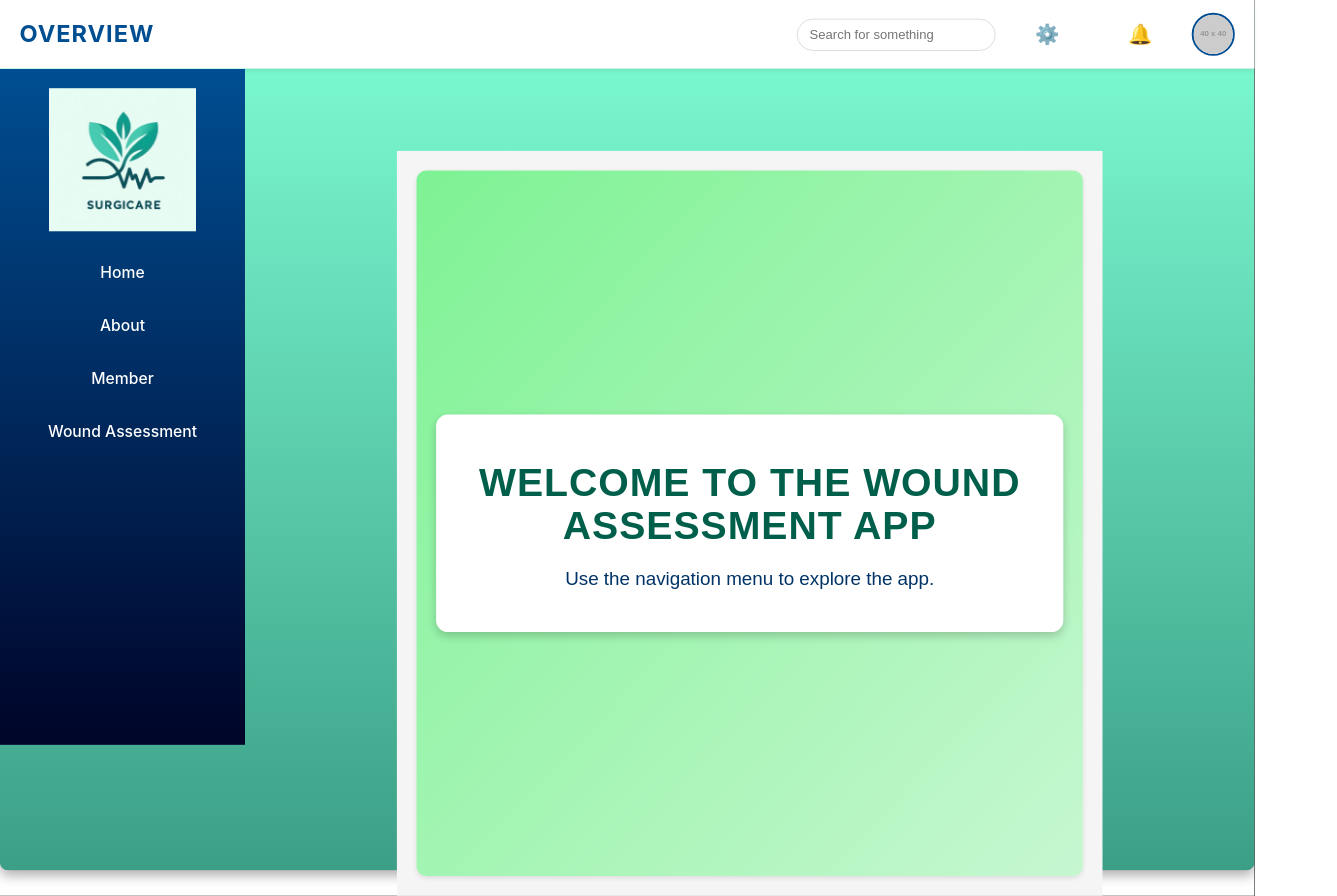
Repository: Jinwoo290350/Surgicare-Vue
Page: / (app in surgicare/)
The author's editor kept a copy of each file at every save. The page is drawn from the files as they stood at one save, then again after the next save.
The browser window is 1280 px wide. The page is 1280 px wide, then 1364 px, so the pictures cover 1364 px, including what lies to the right of the window. The pictures show the whole page, at 98% of full size.
The project was rebuilt for these pictures with package versions that can differ from the ones it lists, and the page was loaded fresh each time. Also part of the build but not shown: surgicare/vite.config.js, surgicare/src/views/About.vue, surgicare/src/views/Member.vue, surgicare/src/components/WoundAssessment.vue.

Above is the page before, as saved 2024-12-30 15:32:59.
Console error: TypeError: Cannot read properties of null (reading 'getContext')

### surgicare/index.html
<!doctype html>
<html lang="en">
  <head>
    <meta charset="UTF-8" />
    <link rel="icon" type="image/svg+xml" href="/vite.svg" />
    <meta name="viewport" content="width=device-width, initial-scale=1.0" />
    <title>Vite + Vue</title>
  </head>
  <body>
    <div id="app"></div>
    <script type="module" src="/src/main.js"></script>
  </script>
  <link href="https://fonts.googleapis.com/css2?family=Roboto:wght@400;500;700&display=swap" rel="stylesheet">

  <script type="text/javascript" src="./src/star.js"></script>
  </body>
</html>

### surgicare/src/main.js
import { createApp } from 'vue'
import './style.css'
import App from './App.vue'
import router from "./router";

createApp(App).use(router).mount("#app");

### surgicare/src/style.css
:root {
  font-family: Inter, system-ui, Avenir, Helvetica, Arial, sans-serif;
  line-height: 1.5;
  font-weight: 400;
  color-scheme: light dark;
  color: rgba(255, 255, 255, 0.87);
  background-color: #242424;
  font-synthesis: none;
  text-rendering: optimizeLegibility;
  -webkit-font-smoothing: antialiased;
  -moz-osx-font-smoothing: grayscale;
}

a {
  font-weight: 500;
  text-decoration: none;
  transition: color 0.3s ease-in-out;
}
a:hover {
  color: #535bf2; /* Blue hover effect */
}

body {
  margin: 0;
  display: flex;
  flex-direction: column;
  align-items: center;
  justify-content: center;
  min-width: 320px;
  min-height: 100vh;
  padding: 20px;
  background-color: #1f2d29;
  background-image: linear-gradient(to top, #3b9f87, #7fffd4);
  background-repeat: no-repeat;
  border-radius: 8px;
  box-shadow: 0 6px 12px rgba(0, 0, 0, 0.3);
}

h1 {
  font-size: 3em;
  line-height: 1.1;
  color: #fff;
  text-transform: uppercase;
  letter-spacing: 1px;
  margin-bottom: 0.5em;
  transition: transform 0.3s ease-in-out;
}
h1:hover {
  transform: scale(1.05); /* Slight hover effect */
}

button {
  border-radius: 8px;
  border: 1px solid transparent;
  padding: 0.8em 1.5em;
  font-size: 1em;
  font-weight: 500;
  background-color: #333;
  color: #fff;
  cursor: pointer;
  transition: all 0.3s ease;
}
button:hover {
  border-color: #646cff;
  background-color: #444;
  transform: translateY(-2px); /* Lift on hover */
}
button:focus,
button:focus-visible {
  outline: 4px auto -webkit-focus-ring-color;
}

.card {
  padding: 2em;
  background-color: #2a2a2a;
  border-radius: 12px;
  box-shadow: 0 4px 10px rgba(0, 0, 0, 0.4);
  transition: transform 0.3s ease;
}
.card:hover {
  transform: translateY(-5px); /* Lift on hover */
}

#app {
  max-width: 1280px;
  margin: 0 auto;
  padding: 2rem;
  text-align: center;
}

/* Media Queries for Responsiveness */
@media (max-width: 768px) {
  body {
    padding: 15px;
  }

  h1 {
    font-size: 2.4em; /* Smaller title for mobile screens */
  }

  button {
    padding: 0.6em 1.2em;
    font-size: 1em;
  }

  .card {
    padding: 1.5em;
  }

  #app {
    padding: 1.5rem;
  }
}

@media (max-width: 480px) {
  h1 {
    font-size: 2em; /* Further reduce title size */
  }

  button {
    padding: 0.5em 1em;
    font-size: 0.9em;
  }

  .card {
    padding: 1em;
  }
}

/* Light Mode Styles */
@media (prefers-color-scheme: light) {
  :root {
    color: #213547;
    background-color: #ffffff;
  }
  a:hover {
    color: #747bff;
  }
  button {
    background-color: #f9f9f9;
    color: #333;
  }
  .card {
    background-color: #f5f5f5;
    box-shadow: 0 2px 6px rgba(0, 0, 0, 0.1);
  }
}

### surgicare/src/App.vue
<template>
  <div id="app" class="app-container">
    <header class="header">
      <h1>Overview</h1>
      <div class="header-tools">
        <input type="text" placeholder="Search for something" class="search-box" />
        <button class="settings-btn">⚙️</button>
        <button class="notifications-btn">🔔</button>
        <img src="https://via.placeholder.com/40" alt="Profile" class="profile-pic" />
      </div>
    </header>

    <div class="content-wrapper">
      <aside class="sidebar">
        <img src="/Users/frank/Vscode/Vue/surgicare/public/Icon_surgicare.png" alt="Logo" class="logo" />
        <nav class="menu">
          <router-link to="/" class="menu-item">Home</router-link>
          <router-link to="/about" class="menu-item">About</router-link>
          <router-link to="/member" class="menu-item">Member</router-link>
          <router-link to="/wound-assessment" class="menu-item">Wound Assessment</router-link>
        </nav>
      </aside>

      <main class="main-content">
        <router-view class="router-view" />
      </main>
    </div>
  </div>
</template>

<script>
export default {
  name: "DashboardPage",
};
</script>

<style scoped>
/* General Styles */
body {
  margin: 0;
  font-family: 'Poppins', Arial, sans-serif;
  height: 100vh;
  overflow: hidden;
}

.app-container {
  display: flex;
  flex-direction: column;
  height: 100vh;
}

/* Header Styling */
.header {
  position: fixed;
  top: 0;
  left: 0;
  right: 0;
  height: 70px;
  background: white;
  display: flex;
  justify-content: space-between;
  align-items: center;
  padding: 0 20px;
  box-shadow: 0 2px 5px rgba(0, 0, 0, 0.1);
  z-index: 1000;
}

.header h1 {
  font-size: 24px;
  color: #004e92;
  margin: 0;
}

.header-tools {
  display: flex;
  align-items: center;
}

.search-box {
  padding: 8px 12px;
  border: 1px solid #ddd;
  border-radius: 25px;
  margin-right: 10px;
  outline: none;
  transition: box-shadow 0.3s;
}

.search-box:focus {
  box-shadow: 0 0 10px rgba(0, 78, 146, 0.5);
}

.settings-btn,
.notifications-btn {
  background: none;
  border: none;
  font-size: 20px;
  color: #555;
  margin-right: 10px;
  cursor: pointer;
}

.profile-pic {
  width: 40px;
  height: 40px;
  border-radius: 50%;
  border: 2px solid #004e92;
}

/* Content Wrapper */
.content-wrapper {
  display: flex;
  flex: 1;
  margin-top: 70px; /* Offset for the header */
}

/* Sidebar Styling */
.sidebar {
  width: 250px;
  background: linear-gradient(to bottom, #004e92, #000428);
  color: white;
  padding: 20px 0;
  display: flex;
  flex-direction: column;
  align-items: center;
  height: calc(100vh - 70px);
  position: fixed;
  left: 0;
  top: 70px; /* Below the header */
  z-index: 1000;
}

.logo {
  width: 100%;
  max-width: 150px;
  margin-bottom: 20px;
}

.menu {
  width: 100%;
}

.menu-item {
  display: block;
  text-decoration: none;
  color: white;
  font-size: 16px;
  padding: 10px 20px;
  margin-bottom: 10px;
  border-radius: 8px;
  transition: background 0.3s, transform 0.3s;
}

.menu-item:hover {
  background: rgba(255, 255, 255, 0.2);
  transform: scale(1.05);
}

/* Main Content */
.main-content {
  flex: 1;
  margin-left: 250px; /* Offset for the sidebar */
  padding: 20px;
  background: #f5f5f5;
  overflow-y: auto;
}

.router-view {
  padding: 20px;
  background: white;
  border-radius: 10px;
  box-shadow: 0 2px 5px rgba(0, 0, 0, 0.1);
}
</style>

### surgicare/src/router/index.js
import { createRouter, createWebHistory } from "vue-router";

// Importing views and components
import Home from "../views/Home.vue";
import About from "../views/About.vue";
import Member from "../views/Member.vue";
import WoundAssessment from "../components/WoundAssessment.vue";

// Define the route configurations
const routes = [
  {
    path: "/",
    name: "Home",
    component: Home,
    meta: {
      title: "Home -  Surgicare",
    },
  },
  {
    path: "/about",
    name: "About",
    component: About,
    meta: {
      title: "About - Surgicare",
    },
  },
  {
    path: "/member",
    name: "Member",
    component: Member,
    meta: {
      title: "Member - Surgicare",
    },
  },
  {
    path: "/wound-assessment",
    name: "WoundAssessment",
    component: WoundAssessment,
    meta: {
      title: "Wound Assessment - Surgicare",
    },
  },
];

// Create the router instance
const router = createRouter({
  history: createWebHistory(),
  routes,
  scrollBehavior(to, from, savedPosition) {
    // Scroll to top on route change, unless saved position exists
    if (savedPosition) {
      return savedPosition;
    } else {
      return { top: 0 };
    }
  },
});

// Global navigation guard for dynamic document titles
router.beforeEach((to, from, next) => {
  document.title = to.meta.title || "Default App Title";
  next();
});

export default router;

### surgicare/src/views/Home.vue
<template>
  <div class="home">
    <div class="content">
      <h1 class="title">Welcome to the Wound Assessment App</h1>
      <p class="description">Use the navigation menu to explore the app.</p>
    </div>
  </div>
</template>

<script>
export default {
  name: "Home",
};
</script>

<style scoped>
.home {
  display: flex;
  justify-content: center;
  align-items: center;
  height: 100vh; /* Full height for viewport */
  background: linear-gradient(to bottom right, #7ef294, #c6f7d0); /* Subtle gradient */
  font-family: 'Arial', sans-serif;
  text-align: center;
  box-sizing: border-box;
  padding: 20px;
}

.content {
  max-width: 600px; /* Limit content width for better readability */
  padding: 20px;
  background: #ffffff;
  border-radius: 12px; /* Rounded corners */
  box-shadow: 0 4px 10px rgba(0, 0, 0, 0.2); /* Subtle shadow */
}

.title {
  font-size: 2.5rem;
  font-weight: bold;
  color: #005f4b;
  margin-bottom: 15px;
}

.description {
  font-size: 1.2rem;
  color: #003366;
  font-weight: 300;
}
</style>

### surgicare/src/star.js
const canvas = document.querySelector('canvas')
const c = canvas.getContext('2d')

canvas.width = innerWidth
canvas.height = innerHeight

window.addEventListener("resize", function() {
    canvas.width = window.innerWidth;
    canvas.height = window.innerHeight;
    init()
})
function Star(x, y, radius, color) {
    this.x = x
    this.y = y
    this.radius = radius
    this.color = color
    this.velocity = {
        x: (Math.random() - 0.5) * 8,
        y: 3
    }
    this.friction = 0.8
    this.gravity = 1
}

Star.prototype.draw = function() {
    c.save()
    c.beginPath()
    c.arc(this.x, this.y, this.radius, 0, Math.PI * 2, false)
    c.fillStyle = this.color
    c.shadowColor = '#E3EAEF'
    c.shadowBlur = 20
    c.fill()
    c.closePath()
    c.restore()
}

Star.prototype.update = function() {
    this.draw()

    //When ball hits bottom of screen
    if(this.y + this.radius + this.velocity.y > canvas.height - groundHeight){
        this.velocity.y = -this.velocity.y * this.friction
        this.shatter()
    }
    else{
        this.velocity.y += this.gravity
    }

    //Hits side of screen
    if(this.x + this.radius + this.velocity.x > canvas.width || this.x - this.radius <= 0){
        this.velocity.x = -this.velocity.x * this.friction
        this.shatter()
    }

    this.x += this.velocity.x
    this.y += this.velocity.y

}

Star.prototype.shatter = function(){
    this.radius -= 3
    for(let i = 0; i < 8; i++){
        miniStars.push(new MiniStar(this.x, this.y, 2))
    }

}

function MiniStar(x, y, radius, color){
    Star.call(this, x, y, radius, color)
    this.velocity = {
        x: (Math.random() - 0.5) * 10,
        y: (Math.random() - 0.5) * 30
    }
    this.friction = 0.8
    this.gravity = 0.1
    this.ttl = 100
    this.opacity = 1
}

MiniStar.prototype.draw = function() {
    c.save()
    c.beginPath()
    c.arc(this.x, this.y, this.radius, 0, Math.PI * 2, false)
    c.fillStyle = `rgba(227,234, 239, ${this.opacity})`
    c.shadowColor = '#E3EAEF'
    c.shadowBlur = 20
    c.fill()
    c.closePath()
    c.restore()
}

MiniStar.prototype.update = function() {
    this.draw()

    if(this.y + this.radius + this.velocity.y > canvas.height - groundHeight){
        this.velocity.y = -this.velocity.y * this.friction
    }
    else{
        this.velocity.y += this.gravity
    }

    this.x += this.velocity.x
    this.y += this.velocity.y
    this.ttl -= 1
    this.opacity -= 0.0001 * this.ttl
}

function creatMountainRange(mountainAmount, height, color){
    for(let i = 0; i < mountainAmount; i++){
        const mountainWidth = canvas.width / mountainAmount
        c.beginPath()
        c.moveTo(i * mountainWidth, canvas.height)
        c.lineTo(i * mountainWidth + mountainWidth + 0.2*canvas.height, canvas.height)
        c.lineTo(i * mountainWidth + mountainWidth / 2, canvas.height - height)
        c.lineTo(i * mountainWidth - 0.2*canvas.height, canvas.height)
        c.fillStyle = color
        c.fill()
        c.closePath()
    }
}

// Implementation
const backgroundGradient = c.createLinearGradient(0, 0, canvas.width, canvas.height)
backgroundGradient.addColorStop(0, '#171e26')
backgroundGradient.addColorStop(1, '#3f586b')

let stars
let miniStars
let backgroundStars
let ticker = 0
let randomSpawnRate = 75
const groundHeight = 0.09 * canvas.height
let inf = 1e9
function init() {
    stars = []
    miniStars = []
    backgroundStars = []

    for(let i = 0; i < 200; i++){
        const x = Math.random() * canvas.width
        const y = Math.random() * canvas.height
        const radius = Math.random() * 3
        backgroundStars.push(new Star(x, y, radius, 'white'))
    }
}

// Animation Loop
function animate() {
    c.clearRect(0, 0, 0, canvas.height)
    c.fillStyle = backgroundGradient
    c.fillRect(0, 0, canvas.width, canvas.height)

    backgroundStars.forEach(backgroundStar => {
        backgroundStar.draw()
    })

    if(flag) creatMountainRange(1, canvas.height * 0.7, '#384551')
    if(flag) creatMountainRange(2, canvas.height * 0.6, '#2B3843')
    if(flag) creatMountainRange(3, canvas.height * 0.4, '#26333E')
    c.fillStyle = '#182028'
    c.fillRect(0, canvas.height - groundHeight, canvas.width, groundHeight)
    stars.forEach((star, index) => {
        star.update();
        if(star.radius == 0){
            stars.splice(index, 1)
        }
    });

    miniStars.forEach((miniStar, index) => {
        miniStar.update();
        if(miniStar.ttl == 0){
            miniStars.splice(index, 1)
        }
    });

    ticker++
    if(ticker >= inf){
        ticker = 0
    }
    if(ticker % randomSpawnRate == 0){
        const radius = 9
        const x = Math.max(radius, Math.random() * canvas.width - radius)
        stars.push(new Star(x, -100, 9, '#E3EAEF'))
        randomSpawnRate = Math.floor(Math.random() * (200 - 125 + 1) + 125)
    }

    requestAnimationFrame(animate)
}

init()
animate()

After the next save:
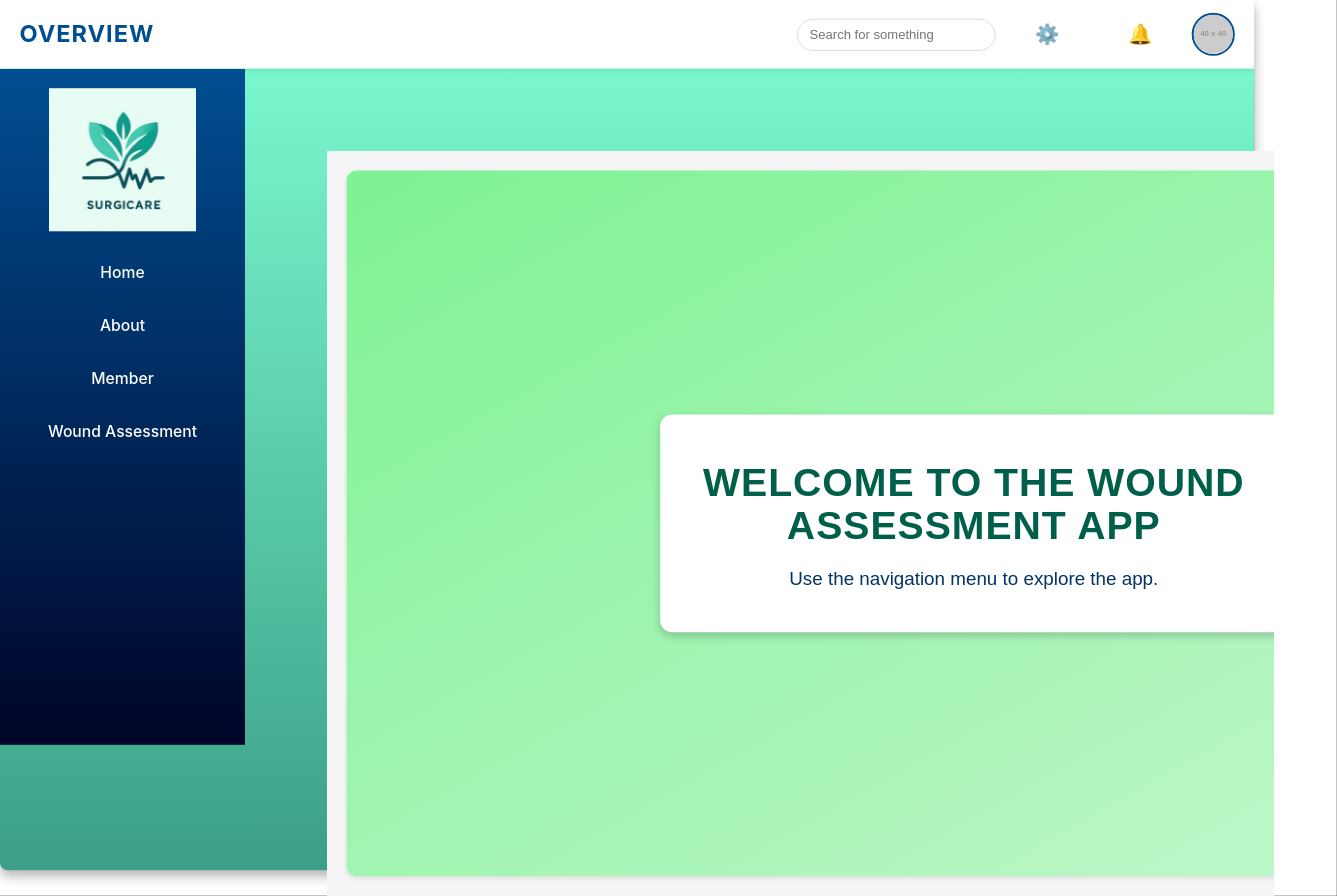
Saved 19 min 25 s later.
--- a/surgicare/src/views/Home.vue
+++ b/surgicare/src/views/Home.vue
@@ -18,14 +18,15 @@ export default {
   display: flex;
   justify-content: center;
   align-items: center;
-  height: 100vh; /* Full height for viewport */
-  background: linear-gradient(to bottom right, #7ef294, #c6f7d0); /* Subtle gradient */
+  height: 100vh; /* ใช้เต็มความสูงของ viewport */
+  width: 100vw; /* ใช้เต็มความกว้างของ viewport */
+  margin: 0;
+  padding: 0;
+  background: linear-gradient(to bottom right, #7ef294, #c6f7d0); /* Gradient สวยๆ */
   font-family: 'Arial', sans-serif;
   text-align: center;
   box-sizing: border-box;
-  padding: 20px;
 }
-
 .content {
   max-width: 600px; /* Limit content width for better readability */
   padding: 20px;
@@ -46,4 +47,11 @@ export default {
   color: #003366;
   font-weight: 300;
 }
+html, body {
+  margin: 0;
+  padding: 0;
+  height: 100%; /* เต็มหน้าจอ */
+  overflow: hidden; /* ซ่อน scrollbar หากมี */
+}
+
 </style>
